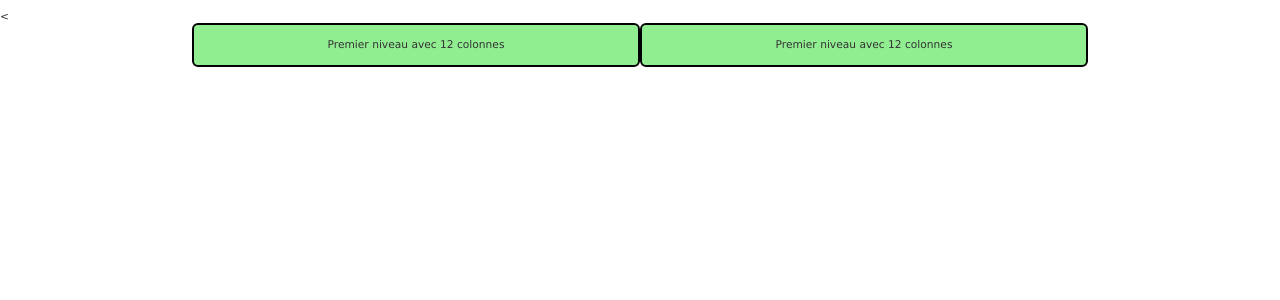
Repository: dridrii/COMPET-BLOC
Page: http://localhost/COMPET-BLOC/
The author's editor kept a copy of each file at every save. The page is drawn from the files as they stood at one save, then again after the next save.
The browser window is 1280 px wide. The pictures show the whole page.
The page is served by Tomcat 9. Other server files are loaded and not shown.

Above is the page before, as saved 2015-07-11 16:23:42.

### COMPET-BLOC/WebContent/index.jsp
<!DOCTYPE html>
<html>
 <head>
    <link href="boostrap/dist/css/bootstrap.css" rel="stylesheet">
    <link href="inc/css/tuto.css" rel="stylesheet">
  </head>
  <body>
    <<div class="container">
  <div class="row">
    <div class="col-md-6">Premier niveau avec 12 colonnes</div>
    <div class="col-md-6">Premier niveau avec 12 colonnes</div>

</div>
  </body>
</html>

### COMPET-BLOC/WebContent/inc/css/tuto.css
.container {
	padding-right: 15px;
  	padding-left: 15px;
 	margin-right: auto;
  	margin-left: auto;
}

.row {
  margin-right: -15px;
  margin-left: -15px;
}


.navbar-default {
	background-color: #bfbfbf;
	border-color: #bfbfbf ;
}


.text{
	color: #333333;

}

.img-logo {
	height : 250px;
	width : auto;
}

/* Général ------------------------------------------------------------------------------------- */

body, p, legend, label, input {
    font: normal 8pt verdana, helvetica, sans-serif;
}

fieldset {
    padding: 10px;
    border: 1px #0568CD solid;
}

legend {
    font-weight: bold;
    color: #0568CD;
}

/* Forms --------------------------------------------------------------------------------------- */

form label {
    float: left;
    width: 200px;
    margin: 3px 0px 0px 0px;
}

form input {
    margin: 3px 3px 0px 0px;
    border: 1px #999 solid;
}

form input.sansLabel {
    margin-left: 200px;
}

form .requis {
    color: #c00;
}

body {
  padding-top: 10px;
}
[class*="col-"], footer {
  background-color: lightgreen;
  border: 2px solid black;
  border-radius: 6px;
  line-height: 40px;
  text-align: center;
}

@media (min-width: 768px) {
  .container {
    width: 70%;
  }
}
@media (min-width: 992px) {
  .container {
    width: 70%;
  }
}
@media (min-width: 1200px) {
  .container {
    width: 70%;
  }
}

Loaded but not shown: COMPET-BLOC/WebContent/WEB-INF/taglibs.jsp (common file); COMPET-BLOC/WebContent/boostrap/dist/css/bootstrap.css (library)

After the next save:
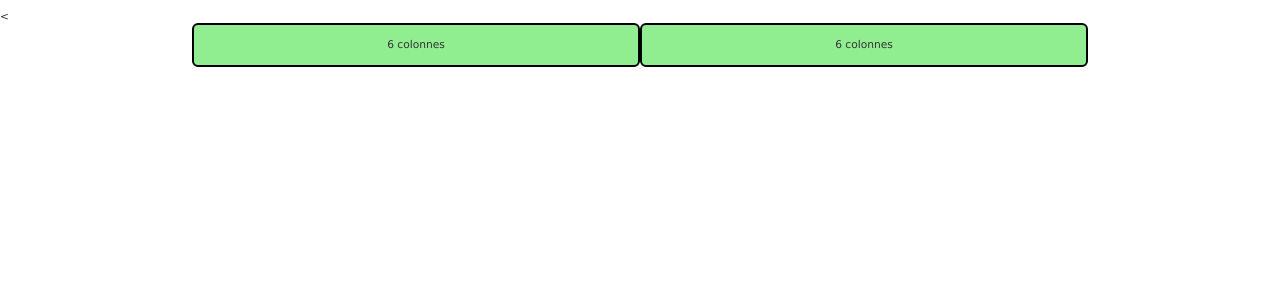
Saved 24 s later.
--- a/COMPET-BLOC/WebContent/index.jsp
+++ b/COMPET-BLOC/WebContent/index.jsp
@@ -7,8 +7,8 @@
   <body>
     <<div class="container">
   <div class="row">
-    <div class="col-md-6">Premier niveau avec 12 colonnes</div>
-    <div class="col-md-6">Premier niveau avec 12 colonnes</div>
+    <div class="col-md-6"> 6 colonnes</div>
+    <div class="col-md-6"> 6 colonnes</div>
 
 </div>
   </body>
